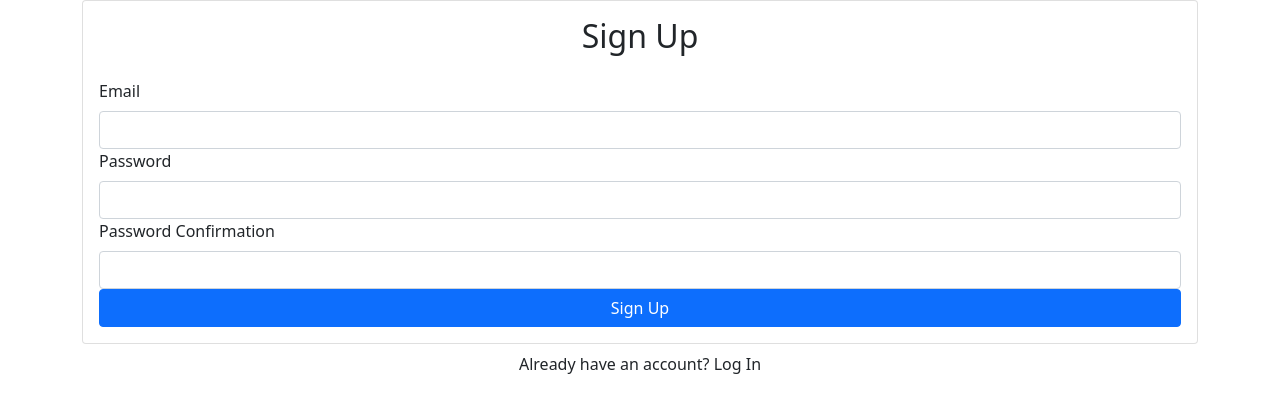
Repository: castilla-aurela/firebase-react-auth
Page: /
An editor plug-in stored every save of this project. The page is shown before and after the next save, followed by the edit.
The browser window is 1280 px wide. The pictures show the whole page.
The project was rebuilt for these pictures with package versions that can differ from the ones it lists, and the page was loaded fresh each time.

Above is the page before, as saved 2021-10-03 16:17:53.

### src/index.js
import React from 'react';
import ReactDOM from 'react-dom';
import App from './components/App';
import "bootstrap/dist/css/bootstrap.min.css";


ReactDOM.render(
  <React.StrictMode>
    <App />
  </React.StrictMode>,
  document.getElementById('root')
);

### src/components/App.js
import React from "react";
import Signup from "./Signup";
import {Container} from 'react-bootstrap'

function App() {
  return (
    <Container className = "">
      <Signup />
    </Container>
  );
}

export default App;

### src/components/Signup.js
import React, {useRef} from 'react'
import {Form, Button, Card} from 'react-bootstrap'

export default function Signup() {
    const emailRef = useRef()
    const passwordRef = useRef()
    const passwordConfirmRef = useRef()

    return (
        <>
           <Card>
               <Card.Body>
                   <h2 className="text-center mb-4">Sign Up</h2>
                   <Form>
                       <Form.Group id="email">
                           <Form.Label>Email</Form.Label>
                            <Form.Control type="email" ref={emailRef} required />
                       </Form.Group>
                       <Form.Group id="password">
                           <Form.Label>Password</Form.Label>
                            <Form.Control type="password" ref={passwordRef} required />
                       </Form.Group>
                       <Form.Group id="password-confirm">
                           <Form.Label>Password Confirmation</Form.Label>
                            <Form.Control type="password" ref={passwordConfirmRef} required />
                       </Form.Group>
                       <Button className= "w-100" type="Submit">Sign Up</Button>
                   </Form>
               </Card.Body>
            </Card>
           <div className = "w-100 text-center mt-2">
               Already have an account? Log In
           </div>
        </>
    )
}

Loaded but not shown: public/index.html (common file)

After the next save:
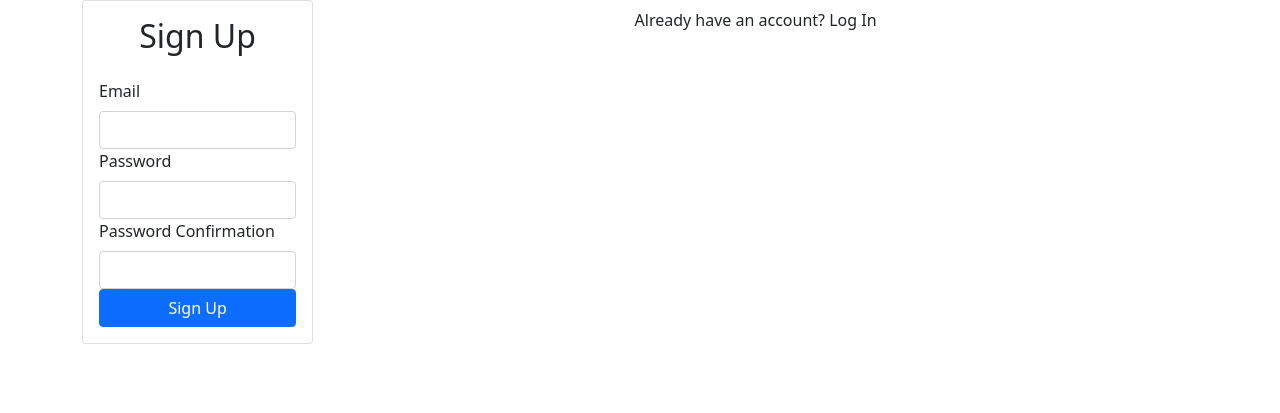
Saved 4 s later.
--- a/src/components/App.js
+++ b/src/components/App.js
@@ -4,7 +4,7 @@ import {Container} from 'react-bootstrap'
 
 function App() {
   return (
-    <Container className = "">
+    <Container className = "d-flex ">
       <Signup />
     </Container>
   );
